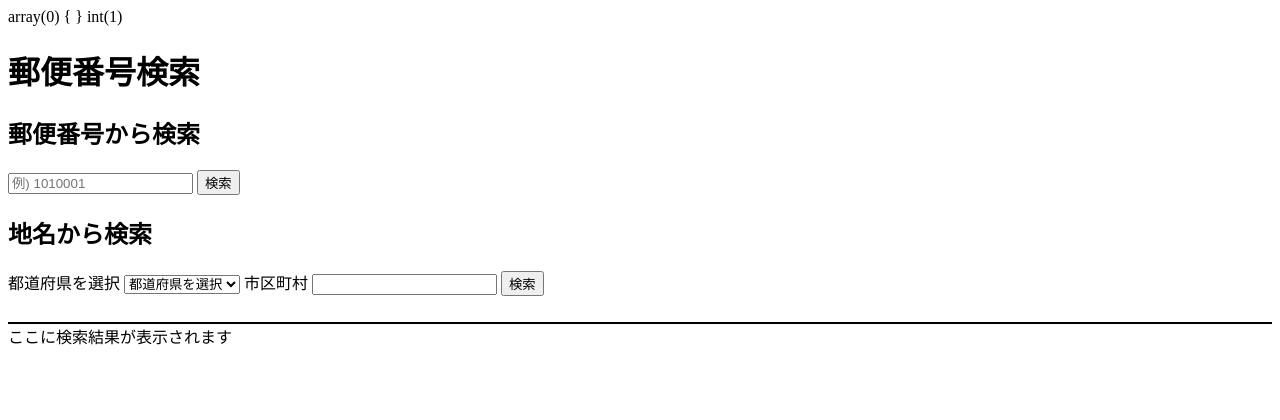
Repository: tppei/PHP
Page: http://localhost/htdocs/php17/practice_post_code_advanced.php
The author's editor kept a record of every edit. The page is drawn from the files as they stood at one moment, then again after the next edit.
The browser window is 1280 px wide. The pictures show the whole page.
The page is run by PHP 8.4 with error messages shown; the project is at /var/www/html/.

Above is the page before.

After the next edit:
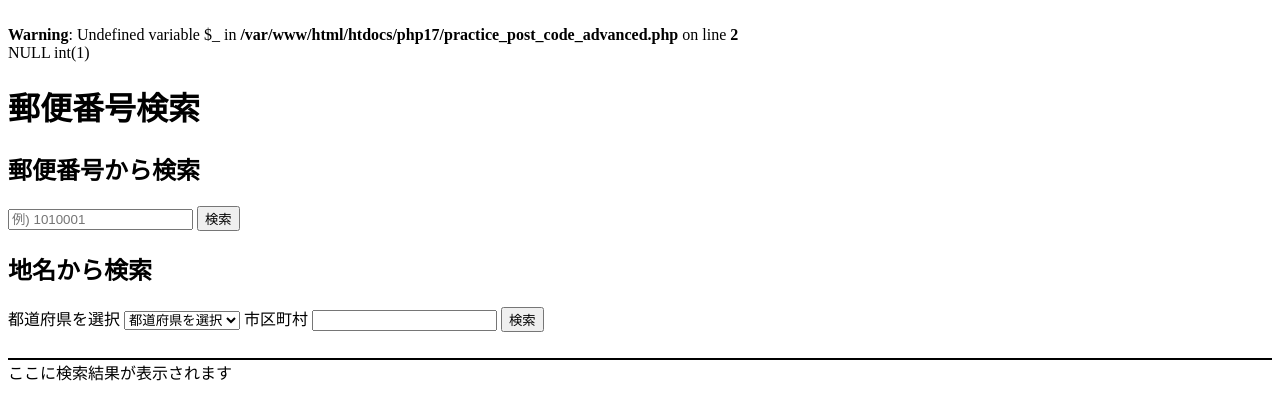
The edit:
--- a/htdocs/php17/practice_post_code_advanced.php
+++ b/htdocs/php17/practice_post_code_advanced.php
@@ -1,5 +1,5 @@
 <?php
-var_dump($_GET);
+var_dump($_);
 
 
 $postcode ='';
@@ -15,18 +15,18 @@
 $countdata = '';
 $query2 ='';
 $data2 = [];
-if(!isset($_GET['page'])){
+if(!isset($_['page'])){
         $page = 1;
         } else{
-        $page = $_GET['page'];
+        $page = $_['page'];
         };
 var_dump($page);
 
-    if(isset($_GET['postcode'])){
-        $postcode = $_GET['postcode'];
+    if(isset($_['postcode'])){
+        $postcode = $_['postcode'];
         $postcode = preg_replace("/( |　)/","",$postcode);
         $postcode_check = preg_match($regexp_post,$postcode);
-        $page = $_GET['page'];
+        $page = $_['page'];
         $offset = 10 ^ ($page - 1);
         if($postcode === ""){
             print "郵便番号を入力してください";
@@ -58,9 +58,9 @@
         }
     }
 
-    if(isset($_GET['prefec']) && isset($_GET['city'])){
-        $prefec = $_GET['prefec'];
-        $city = $_GET['city'];
+    if(isset($_['prefec']) && isset($_['city'])){
+        $prefec = $_['prefec'];
+        $city = $_['city'];
         $offset = 10 * ($page - 1);
         $city = preg_replace("/( |　)/","",$city);
         if($prefec === '都道府県を選択' && $city !== ''){
@@ -130,12 +130,12 @@
 <body>
     <div class="kensaku">
         <h1>郵便番号検索</h1>
-        <form method='GET'>
+        <form method='post'>
             <h2>郵便番号から検索</h2>
             <input type="text" name="postcode" placeholder='例) 1010001'>
             <input type="submit" name="" value="検索">
         </form>
-        <form method='GET'>
+        <form method=''>
             <h2>地名から検索</h2>
             <label for="prefec">都道府県を選択</label>
             <select name="prefec" size="1" id='prefec'>
